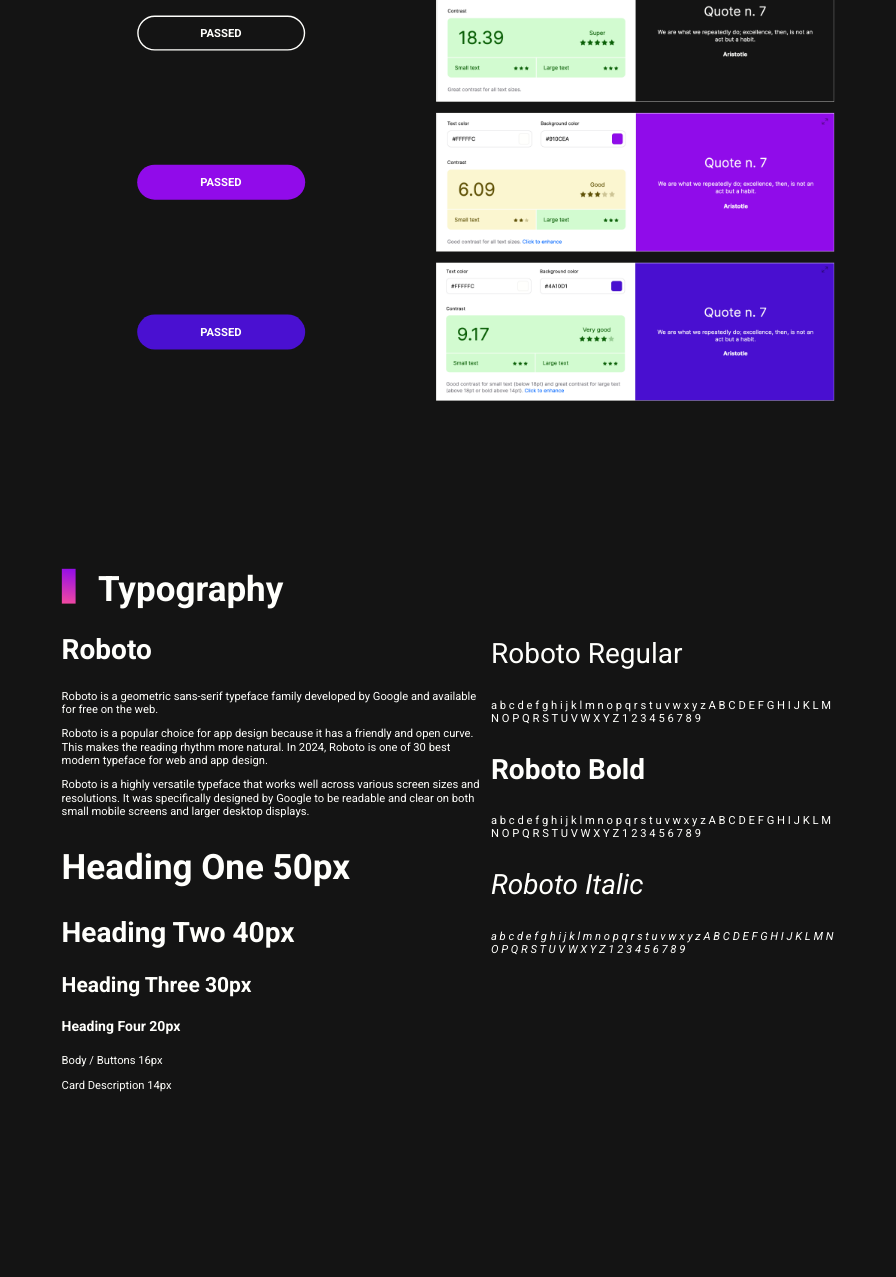
Repository: MonicaNguyenH/artflow_frontend_vanJS
Page: index.html
These files come from the project's save history. The page is drawn as it stood at one moment and after the next save; the edit follows.
The browser window is 1280 px wide. The pictures show the part of the page from y = 3475 to 5395 px (the page is 5299 px tall before and 5395 px after), at 70% of full size.
Some web fonts or font styles are not loaded; a fallback is used.

Above is the page before, as saved 2024-04-05 16:20:29.

After the next save:
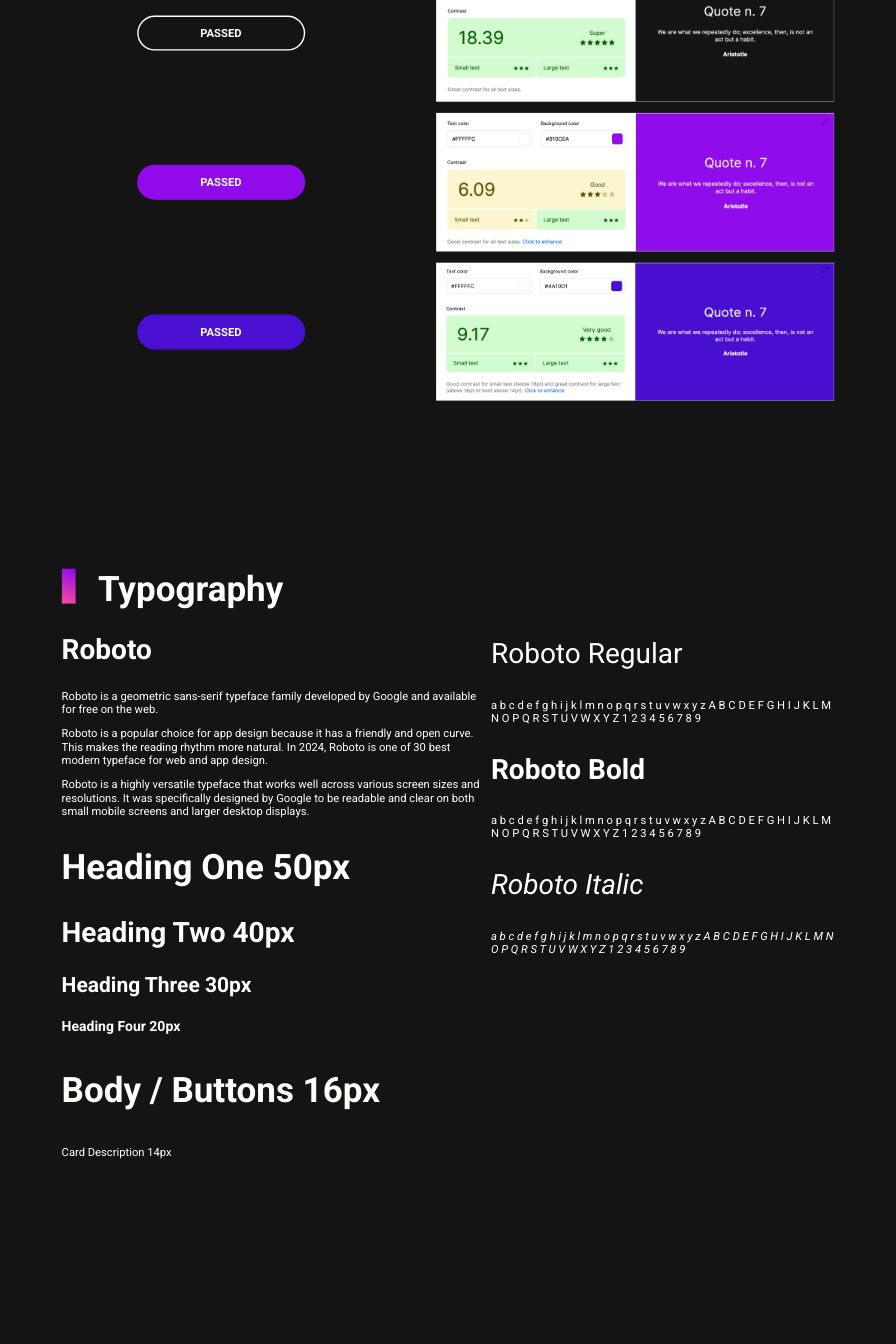
Saved 5 s later.
--- a/css/style.css
+++ b/css/style.css
@@ -422,6 +422,9 @@
 .headings h4 {
     font: var(--roboto-bold-20);
 }
+.headings .h5 {
+    font: var(--roboto-bold-50);
+}
 
 
 

After the save that followed:
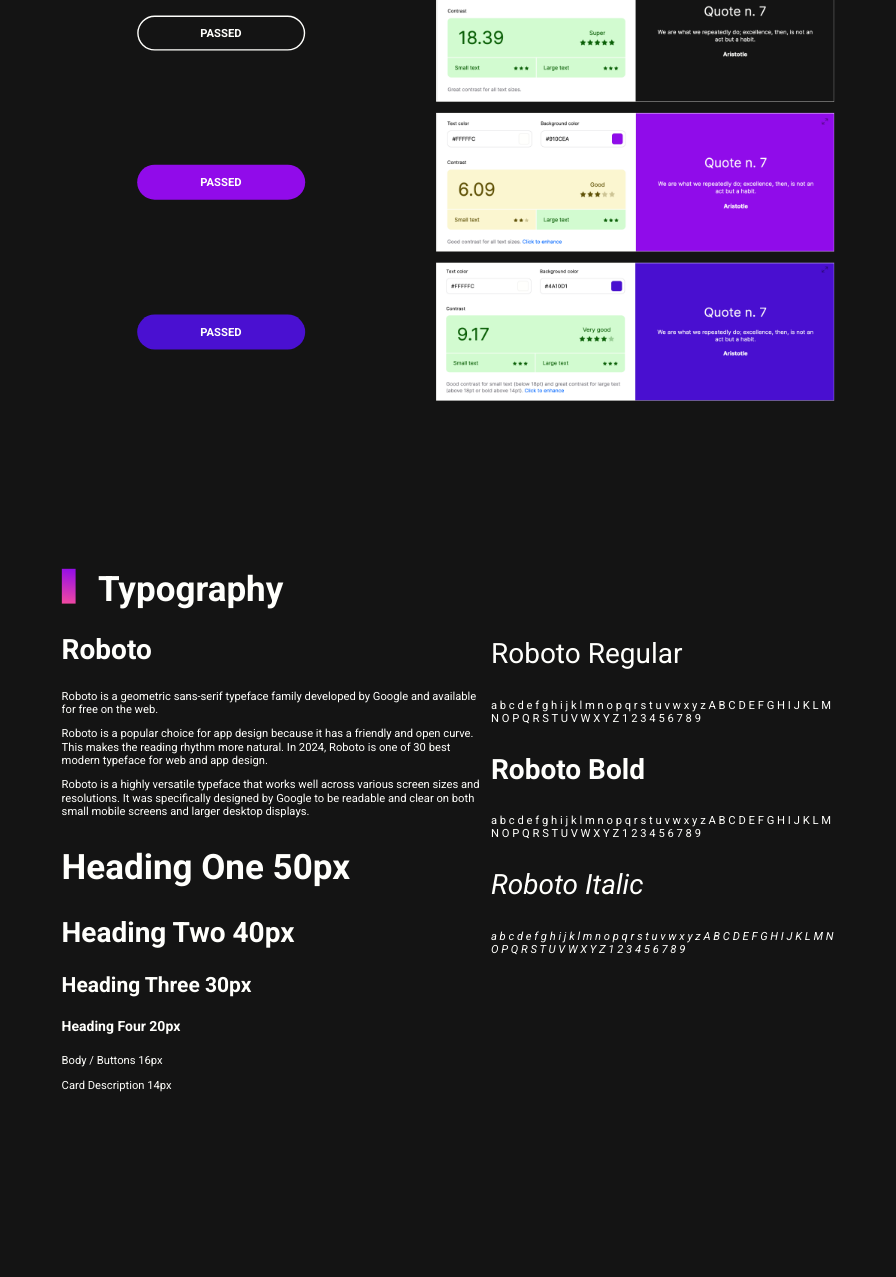
Saved 8 s later.
--- a/css/style.css
+++ b/css/style.css
@@ -423,7 +423,7 @@
     font: var(--roboto-bold-20);
 }
 .headings .h5 {
-    font: var(--roboto-bold-50);
+    font: var(--roboto-regular-16);
 }
 
 
